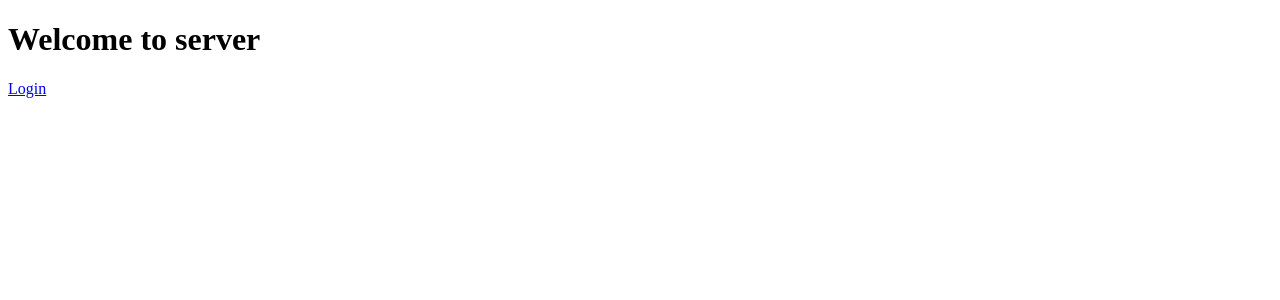
Repository: diksha847/ServletProjectsAllInOne
Page: servelet_project2/src/main/webapp/index.html
These files come from the project's save history. The page is drawn as it stood at one moment and after the next save; the edit follows.
The browser window is 1280 px wide. The pictures show the whole page.

Above is the page before, as saved 2024-11-12 07:56:22.

### servelet_project2/src/main/webapp/index.html
<!DOCTYPE html>
<html>
<head>
<meta charset="UTF-8">
<title>Insert title here</title>
</head>
<body>
<h1>Welcome to server</h1>
<a href="serv">Login</a>
</body>
</html>

After the next save:
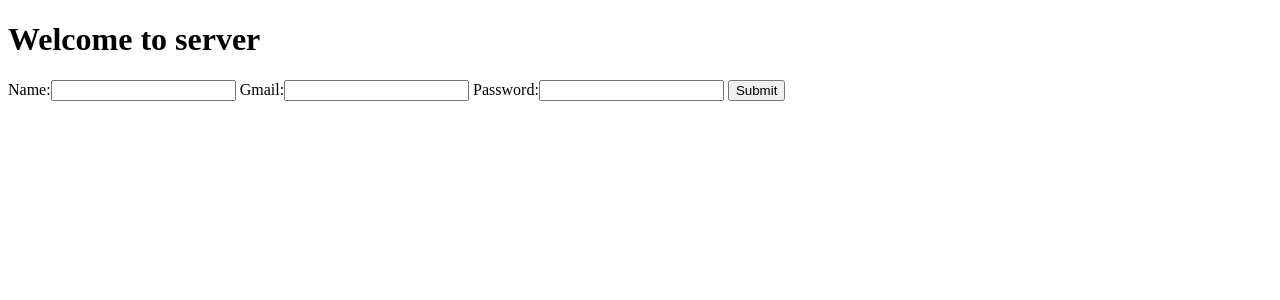
Saved 7 h 23 min later.
--- a/servelet_project2/src/main/webapp/index.html
+++ b/servelet_project2/src/main/webapp/index.html
@@ -6,6 +6,12 @@
 </head>
 <body>
 <h1>Welcome to server</h1>
-<a href="serv">Login</a>
+<form>
+Name:<input type="text" name="name">
+Gmail:<input type="text" name="gmail">
+Password:<input type="password" name="pwd">
+<input type="submit">
+
+</form>
 </body>
 </html>
